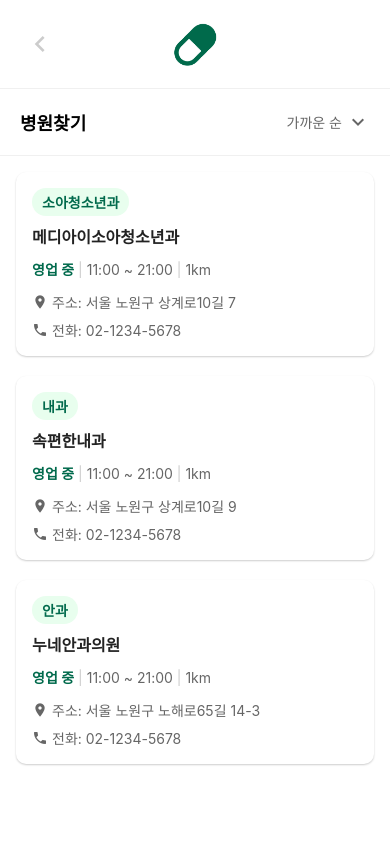
Repository: Sesac-icare/FrontEndiCare
Screen: /HospitalList (app in iCare/)
An editor plug-in stored every save of this project. The screen is shown before and after the next save, followed by the edit.
The app was drawn by React Native's web renderer in a window 390 px wide. The project was rebuilt for these pictures with package versions that can differ from the ones it lists, and the page was loaded fresh each time. Some packages were replaced by stand-ins written for this rebuild. Also part of the build but not shown: iCare/components/Header.js, iCare/components/Contents.js, iCare/components/PharmacyList.js, iCare/components/MyPage.js, iCare/components/auth/SignUp.js, iCare/components/DocumentStorage.js.

Above is the screen before, as saved 2025-02-06 12:35:08.

### iCare/index.js
import { registerRootComponent } from "expo";

import App from "./App";

// registerRootComponent calls AppRegistry.registerComponent('main', () => App);
// It also ensures that whether you load the app in Expo Go or in a native build,
// the environment is set up appropriately
registerRootComponent(App);

// import { AppRegistry } from "react-native";
// import App from "./src/App";
// import { iCare } from "./app.json";

// import appConfig from "./app.json";

// const appName = appConfig.expo.name;

// AppRegistry.registerComponent(appName, () => App);

### iCare/App.js
import React, { useState, useEffect } from "react";
import { NavigationContainer } from "@react-navigation/native";
import { createNativeStackNavigator } from "@react-navigation/native-stack";
import { createBottomTabNavigator } from "@react-navigation/bottom-tabs";
import { View, StyleSheet, SafeAreaView, Text } from "react-native";
import { MaterialIcons } from "@expo/vector-icons";
import Header from "./components/Header";
import Contents from "./components/Contents";
import Splash from "./components/Splash";
import HospitalList from "./components/HospitalList";
import PharmacyList from "./components/PharmacyList";
import MyPage from "./components/MyPage";
import Login from "./components/auth/Login";
import SignUp from "./components/auth/SignUp";
import DocumentStorage from "./components/DocumentStorage";

const Stack = createNativeStackNavigator();
const Tab = createBottomTabNavigator();

// 임시 채팅, 마이페이지 컴포넌트
const ChatScreen = () => (
  <SafeAreaView style={styles.safe}>
    <View style={styles.container}>
      <Header />
      <View style={styles.center}>
        <Text>채팅 화면</Text>
      </View>
    </View>
  </SafeAreaView>
);

const HomeScreen = () => {
  return (
    <SafeAreaView style={styles.safe}>
      <View style={styles.container}>
        <Header />
        <Contents />
      </View>
    </SafeAreaView>
  );
};

// 탭 네비게이터
function TabNavigator() {
  return (
    <Tab.Navigator
      screenOptions={{
        headerShown: false,
        tabBarStyle: {
          height: 60,
          borderTopWidth: 1,
          borderTopColor: "#f0f0f0",
          paddingBottom: 20,
          paddingTop: 10,
          height: 80
        },
        tabBarActiveTintColor: "#016a4c",
        tabBarInactiveTintColor: "#CCCCCC",
        tabBarLabelStyle: {
          paddingBottom: 8,
          fontSize: 12,
          fontWeight: "500",
          marginTop: -4
        },
        tabBarIconStyle: {
          marginTop: -4
        }
      }}
    >
      <Tab.Screen
        name="홈"
        component={HomeScreen}
        options={{
          tabBarIcon: ({ color }) => (
            <MaterialIcons name="home" size={28} color={color} />
          )
        }}
      />
      <Tab.Screen
        name="채팅"
        component={ChatScreen}
        options={{
          tabBarIcon: ({ color }) => (
            <MaterialIcons name="forum" size={28} color={color} />
          )
        }}
      />
      <Tab.Screen
        name="마이페이지"
        component={MyPage}
        options={{
          tabBarIcon: ({ color }) => (
            <MaterialIcons name="person" size={28} color={color} />
          )
        }}
      />
    </Tab.Navigator>
  );
}

const App = () => {
  const [isLoading, setIsLoading] = useState(true);

  useEffect(() => {
    // 3초 후에 스플래시 화면 숨기기
    const timer = setTimeout(() => {
      setIsLoading(false);
    }, 3000);

    return () => clearTimeout(timer);
  }, []);

  if (isLoading) {
    return <Splash />;
  }

  return (
    <NavigationContainer>
      <Stack.Navigator screenOptions={{ headerShown: false }}>
        <Stack.Screen name="Login" component={Login} />
        <Stack.Screen name="SignUp" component={SignUp} />
        <Stack.Screen name="MainTabs" component={TabNavigator} />
        <Stack.Screen name="HospitalList" component={HospitalList} />
        <Stack.Screen name="PharmacyList" component={PharmacyList} />
        <Stack.Screen name="DocumentStorage" component={DocumentStorage} />
      </Stack.Navigator>
    </NavigationContainer>
  );
};

const styles = StyleSheet.create({
  safe: {
    flex: 1,
    backgroundColor: "#ffffff"
  },
  container: {
    flex: 1,
    backgroundColor: "#ffffff"
  },
  center: {
    flex: 1,
    justifyContent: "center",
    alignItems: "center"
  },
  button: {
    backgroundColor: "#f0f0f0",
    padding: 14,
    borderRadius: 9,
    marginBottom: 9,
    alignItems: "center"
  },
  buttonText: {
    fontSize: 18,
    color: "green",
    fontFamily: "NotoSansKR"
  }
});

export default App;

### iCare/components/Splash.js
import React from "react";
import { View, Text, StyleSheet, Image, Dimensions } from "react-native";

const { height } = Dimensions.get("window");

export default function Splash() {
  return (
    <View style={styles.container}>
      <View style={styles.logoContainer}>
        <Image
          source={require("../assets/iCareLogo.jpg")}
          style={styles.logo}
          resizeMode="contain"
        />
      </View>
      <View style={styles.footer}>
        <Text style={styles.title}>iCare</Text>
        <Text style={styles.subtitle}>
          아이를 위한 24시간 병원 및 약국 찾기
        </Text>
      </View>
    </View>
  );
}

const styles = StyleSheet.create({
  container: {
    flex: 1,
    backgroundColor: "#016a4c",
    justifyContent: "center"
  },
  logoContainer: {
    position: "absolute",
    top: "40%",
    left: 0,
    right: 0,
    alignItems: "center"
  },
  logo: {
    width: 200,
    height: 200
  },
  footer: {
    position: "absolute",
    bottom: 80,
    left: 0,
    right: 0,
    alignItems: "center"
  },
  title: {
    fontSize: 36,
    color: "#12b67a",
    marginBottom: 8,
    fontFamily: "NotoSansKR",
    fontWeight: "bold"
  },
  subtitle: {
    fontSize: 18,
    color: "white",
    opacity: 0.8,
    fontFamily: "NotoSansKR",
    fontWeight: "400"
  }
});

### iCare/components/HospitalList.js
import React from "react";
import {
  View,
  Text,
  StyleSheet,
  ScrollView,
  TouchableOpacity,
  SafeAreaView,
  Image
} from "react-native";
import { MaterialIcons } from "@expo/vector-icons";
import { useNavigation } from "@react-navigation/native";

export default function HospitalList() {
  const navigation = useNavigation();
  const hospitals = [
    {
      type: "소아청소년과",
      name: "메디아이소아청소년과",
      status: "영업 중",
      hours: "11:00 ~ 21:00",
      distance: "1km",
      address: "서울 노원구 상계로10길 7",
      tel: "02-1234-5678"
    },
    {
      type: "내과",
      name: "속편한내과",
      status: "영업 중",
      hours: "11:00 ~ 21:00",
      distance: "1km",
      address: "서울 노원구 상계로10길 9",
      tel: "02-1234-5678"
    },
    {
      type: "안과",
      name: "누네안과의원",
      status: "영업 중",
      hours: "11:00 ~ 21:00",
      distance: "1km",
      address: "서울 노원구 노해로65길 14-3",
      tel: "02-1234-5678"
    }
  ];

  return (
    <SafeAreaView style={styles.safe}>
      <View style={styles.container}>
        <View style={styles.header}>
          <TouchableOpacity
            style={styles.backButton}
            onPress={() => navigation.goBack()}
          >
            <MaterialIcons name="chevron-left" size={32} color="#CCCCCC" />
          </TouchableOpacity>
          <Image
            source={require("../assets/HeaderGreenLogo.png")}
            style={styles.logo}
            resizeMode="contain"
          />
        </View>

        <View style={styles.subHeader}>
          <Text style={styles.pageTitle}>병원찾기</Text>
          <TouchableOpacity style={styles.filterButton}>
            <Text style={styles.filterText}>가까운 순</Text>
            <MaterialIcons
              name="keyboard-arrow-down"
              size={24}
              color="#666666"
            />
          </TouchableOpacity>
        </View>

        <ScrollView style={styles.listContainer}>
          {hospitals.map((hospital, index) => (
            <TouchableOpacity key={index} style={styles.hospitalItem}>
              <View style={styles.hospitalHeader}>
                <View style={styles.typeLabel}>
                  <Text style={styles.typeText}>{hospital.type}</Text>
                </View>
                <Text style={styles.hospitalName}>{hospital.name}</Text>
              </View>
              <Text style={styles.statusText}>
                <Text
                  style={
                    hospital.status === "영업 중"
                      ? styles.openStatus
                      : styles.closedStatus
                  }
                >
                  {hospital.status}
                </Text>
                <Text style={styles.statusDivider}> | </Text>
                {hospital.hours}
                <Text style={styles.statusDivider}> | </Text>
                {hospital.distance}
              </Text>
              <View style={styles.addressContainer}>
                <MaterialIcons name="location-on" size={16} color="#666" />
                <Text style={styles.addressText}>주소: {hospital.address}</Text>
              </View>
              <View style={styles.telContainer}>
                <MaterialIcons name="phone" size={16} color="#666" />
                <Text style={styles.telText}>전화: {hospital.tel}</Text>
              </View>
            </TouchableOpacity>
          ))}
        </ScrollView>
      </View>
    </SafeAreaView>
  );
}

const styles = StyleSheet.create({
  safe: {
    flex: 1,
    backgroundColor: "#fff"
  },
  container: {
    flex: 1,
    backgroundColor: "#fff"
  },
  header: {
    flexDirection: "row",
    alignItems: "center",
    padding: 20,
    borderBottomWidth: 1,
    borderBottomColor: "#f0f0f0",
    backgroundColor: "#fff"
  },
  backButton: {
    padding: 4,
    position: "absolute",
    left: 20,
    zIndex: 1
  },
  logo: {
    width: 48,
    height: 48,
    marginLeft: "auto",
    marginRight: "auto"
  },
  subHeader: {
    flexDirection: "row",
    justifyContent: "space-between",
    alignItems: "center",
    padding: 20,
    backgroundColor: "#fff",
    borderBottomWidth: 1,
    borderBottomColor: "#f0f0f0"
  },
  pageTitle: {
    fontSize: 18,
    fontWeight: "bold",
    color: "#000"
  },
  filterButton: {
    flexDirection: "row",
    alignItems: "center",
    gap: 4
  },
  filterText: {
    fontSize: 14,
    color: "#666666"
  },
  listContainer: {
    flex: 1,
    padding: 16
  },
  hospitalItem: {
    marginBottom: 20,
    padding: 16,
    backgroundColor: "#fff",
    borderRadius: 10,
    elevation: 2,
    shadowColor: "#000",
    shadowOffset: {
      width: 0,
      height: 1
    },
    shadowOpacity: 0.2,
    shadowRadius: 2
  },
  hospitalHeader: {
    marginBottom: 12
  },
  typeLabel: {
    backgroundColor: "#E8FEEE",
    paddingVertical: 4,
    paddingHorizontal: 10,
    borderRadius: 20,
    alignSelf: "flex-start",
    marginBottom: 8
  },
  typeText: {
    color: "#016A4C",
    fontSize: 14,
    fontWeight: "600"
  },
  hospitalName: {
    fontSize: 16,
    fontWeight: "bold",
    color: "#222222"
  },
  openStatus: {
    color: "#016A4C",
    fontWeight: "600"
  },
  closedStatus: {
    color: "#E53935",
    fontWeight: "600"
  },
  statusDivider: {
    color: "#CCCCCC"
  },
  statusText: {
    color: "#666",
    fontSize: 14,
    marginBottom: 12,
    lineHeight: 20
  },
  addressContainer: {
    flexDirection: "row",
    alignItems: "center",
    gap: 4,
    marginBottom: 8
  },
  telContainer: {
    flexDirection: "row",
    alignItems: "center",
    gap: 4
  },
  addressText: {
    color: "#666",
    fontSize: 14,
    flex: 1
  },
  telText: {
    color: "#666",
    fontSize: 14,
    flex: 1
  }
});

### iCare/components/auth/Login.js
import React, { useState } from "react";
import {
  View,
  Text,
  StyleSheet,
  TouchableOpacity,
  SafeAreaView,
  Image,
  TextInput,
  KeyboardAvoidingView,
  Platform,
  ScrollView
} from "react-native";
import { MaterialIcons } from "@expo/vector-icons";
import { useNavigation } from "@react-navigation/native";

export default function Login() {
  const navigation = useNavigation();
  const [email, setEmail] = useState("");
  const [password, setPassword] = useState("");

  // 버튼 활성화 여부를 확인하는 함수
  const isLoginButtonEnabled = email.trim() !== "" && password.trim() !== "";

  const handleLogin = () => {
    if (!isLoginButtonEnabled) return;

    // 테스트를 위해 API 호출 없이 바로 메인 화면으로 이동
    navigation.navigate("MainTabs");

    /* 실제 API 연동 코드는 주석 처리
    fetch('api/users/login', {
      method: 'POST',
      headers: {
        'Content-Type': 'application/json',
      },
      body: JSON.stringify({
        email,
        password
      })
    })
    .then(response => response.json())
    .then(data => {
      if (data.token) {
        navigation.navigate("MainTabs");
      }
    })
    .catch(error => {
      if (error.response?.status === 400) {
        alert("이메일 또는 비밀번호가 올바르지 않습니다.");
      }
    });
    */
  };

  return (
    <SafeAreaView style={styles.safe}>
      <KeyboardAvoidingView
        behavior={Platform.OS === "ios" ? "padding" : "height"}
        style={styles.container}
      >
        <View style={styles.content}>
          <View style={styles.logoContainer}>
            <Image
              source={require("../../assets/HeaderGreenLogo.png")}
              style={styles.logo}
              resizeMode="contain"
            />
          </View>

          <View style={styles.inputSection}>
            <Text style={styles.label}>이메일</Text>
            <TextInput
              style={styles.input}
              placeholder="이메일을 입력해주세요"
              placeholderTextColor="#999"
              value={email}
              onChangeText={setEmail}
              autoCapitalize="none"
              keyboardType="email-address"
            />
          </View>

          <View style={styles.inputSection}>
            <Text style={styles.label}>비밀번호</Text>
            <TextInput
              style={styles.input}
              placeholder="비밀번호를 입력해주세요"
              placeholderTextColor="#999"
              secureTextEntry
              value={password}
              onChangeText={setPassword}
            />
          </View>
        </View>

        <View style={styles.buttonWrapper}>
          <TouchableOpacity
            style={[
              styles.loginButton,
              !isLoginButtonEnabled && styles.loginButtonDisabled
            ]}
            onPress={handleLogin}
            disabled={!isLoginButtonEnabled}
          >
            <Text
              style={[
                styles.loginButtonText,
                !isLoginButtonEnabled && styles.loginButtonTextDisabled
              ]}
            >
              로그인
            </Text>
          </TouchableOpacity>

          <TouchableOpacity
            style={styles.button}
            onPress={() => navigation.navigate("SignUp")}
          >
            <Text style={styles.buttonText}>회원가입</Text>
          </TouchableOpacity>
        </View>
      </KeyboardAvoidingView>
    </SafeAreaView>
  );
}

const styles = StyleSheet.create({
  safe: {
    flex: 1,
    backgroundColor: "#fff"
  },
  container: {
    flex: 1,
    backgroundColor: "#fff"
  },
  content: {
    flex: 1,
    padding: 24,
    justifyContent: "center"
  },
  logoContainer: {
    alignItems: "center",
    marginBottom: 60
  },
  logo: {
    width: 80,
    height: 80
  },
  inputSection: {
    marginBottom: 20
  },
  label: {
    fontSize: 14,
    color: "#222",
    marginBottom: 8,
    fontWeight: "500"
  },
  input: {
    borderWidth: 1,
    borderColor: "#E8E8E8",
    borderRadius: 8,
    padding: 12,
    fontSize: 14,
    color: "#222222"
  },
  buttonWrapper: {
    padding: 24,
    paddingBottom: Platform.OS === "ios" ? 34 : 24
  },
  loginButton: {
    backgroundColor: "#016A4C",
    paddingVertical: 15,
    borderRadius: 10,
    alignItems: "center",
    marginBottom: 12
  },
  loginButtonDisabled: {
    backgroundColor: "#CCCCCC"
  },
  loginButtonText: {
    color: "#fff",

    fontSize: 16,
    fontWeight: "600"
  },
  loginButtonTextDisabled: {
    color: "#999999"
  },
  button: {
    backgroundColor: "#fff",
    paddingVertical: 15,
    borderRadius: 10,
    alignItems: "center",
    borderWidth: 1,
    borderColor: "#016A4C"
  },
  buttonText: {
    fontSize: 16,
    color: "#016A4C",
    fontWeight: "600"
  }
});

After the next save:
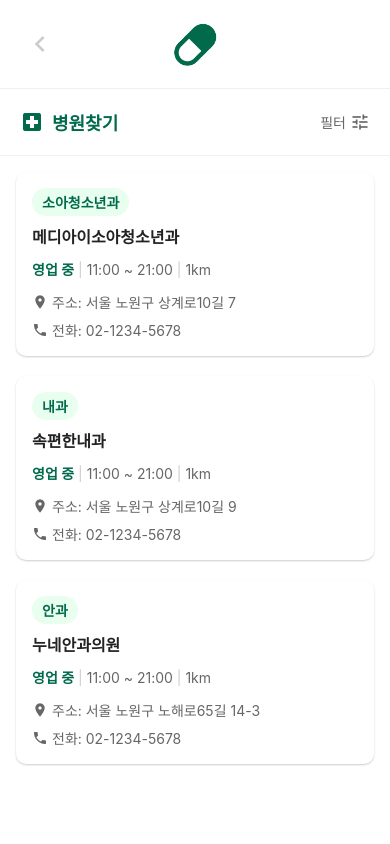
Saved 117 s later.
--- a/iCare/components/HospitalList.js
+++ b/iCare/components/HospitalList.js
@@ -61,14 +61,13 @@ export default function HospitalList() {
         </View>
 
         <View style={styles.subHeader}>
-          <Text style={styles.pageTitle}>병원찾기</Text>
+          <View style={styles.titleContainer}>
+            <MaterialIcons name="local-hospital" size={24} color="#016A4C" />
+            <Text style={styles.pageTitle}>병원찾기</Text>
+          </View>
           <TouchableOpacity style={styles.filterButton}>
-            <Text style={styles.filterText}>가까운 순</Text>
-            <MaterialIcons
-              name="keyboard-arrow-down"
-              size={24}
-              color="#666666"
-            />
+            <Text style={styles.filterText}>필터</Text>
+            <MaterialIcons name="tune" size={20} color="#666666" />
           </TouchableOpacity>
         </View>
 
@@ -150,10 +149,15 @@ const styles = StyleSheet.create({
     borderBottomWidth: 1,
     borderBottomColor: "#f0f0f0"
   },
+  titleContainer: {
+    flexDirection: 'row',
+    alignItems: 'center',
+    gap: 8
+  },
   pageTitle: {
     fontSize: 18,
     fontWeight: "bold",
-    color: "#000"
+    color: "#016A4C"
   },
   filterButton: {
     flexDirection: "row",
